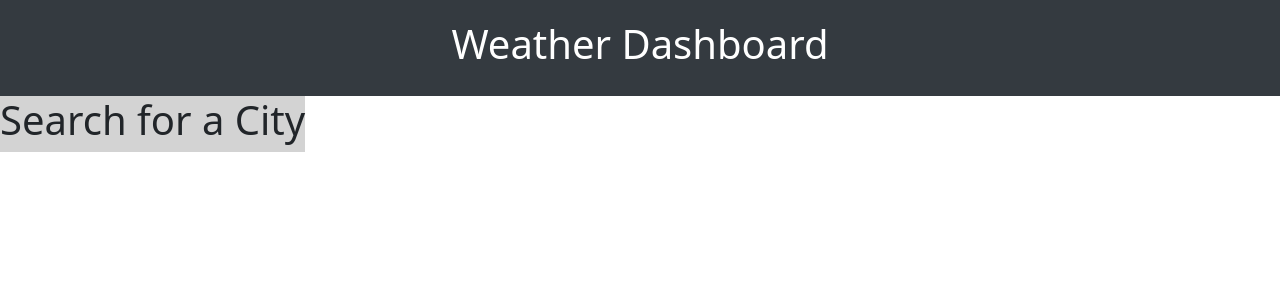
Repository: ziffoit/Weather_Dashboard
Page: index.html
An editor plug-in stored every save of this project. The page is shown before and after the next save, followed by the edit.
The browser window is 1280 px wide. The pictures show the whole page.

Above is the page before, as saved 2021-03-25 13:47:11.

### index.html
<!DOCTYPE html>
<html lang="en">
  <head>
    <meta charset="UTF-8" />
    <meta name="viewport" content="width=device-width, initial-scale=1.0" />
    <link
      href="https://cdn.jsdelivr.net/npm/bootstrap@5.0.0-beta3/dist/css/bootstrap.min.css"
      rel="stylesheet"
      integrity="sha384-eOJMYsd53ii+scO/bJGFsiCZc+5NDVN2yr8+0RDqr0Ql0h+rP48ckxlpbzKgwra6"
      crossorigin="anonymous"
    />
    <link rel="stylesheet" href="./Assets/style.css" />
    <title>Document</title>
  </head>
  <body>
    <header id="header">
      <h1>Weather Dashboard</h1>
    </header>
    <aside style="float: left">
      <h1>Search for a City</h1>
    </aside>
    <section style="float: right">
      <section></section>
      <section></section>
    </section>
  </body>
</html>

### Assets/style.css
#header {
  text-align: center;
  background-color: #343a40;
  padding: 20px;
}

header > h1 {
  color: white;
}

aside {
  background-color: lightgray;
  float: left;
}

#main {
  float: right;
}

.card-body {
  background-color: lightgreen;
  margin: 8px;
}

After the next save:
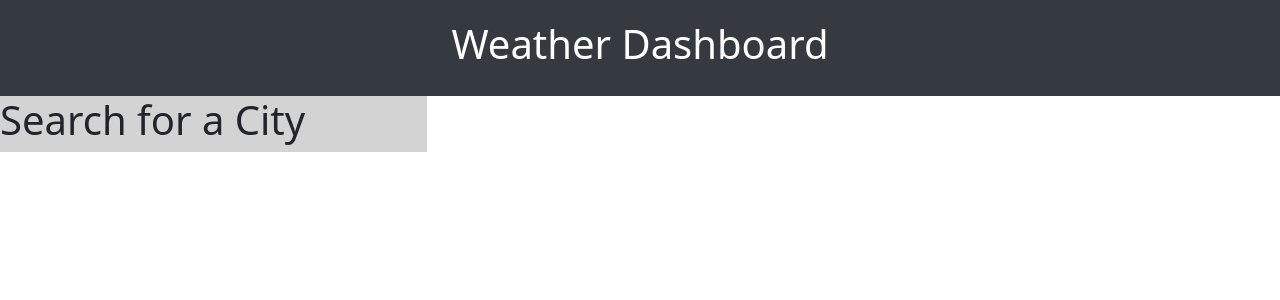
Saved 3 min 21 s later.
--- a/index.html
+++ b/index.html
@@ -16,10 +16,10 @@
     <header id="header">
       <h1>Weather Dashboard</h1>
     </header>
-    <aside style="float: left">
+    <aside class="col-md-4">
       <h1>Search for a City</h1>
     </aside>
-    <section style="float: right">
+    <section class="col-lg-8">
       <section></section>
       <section></section>
     </section>
